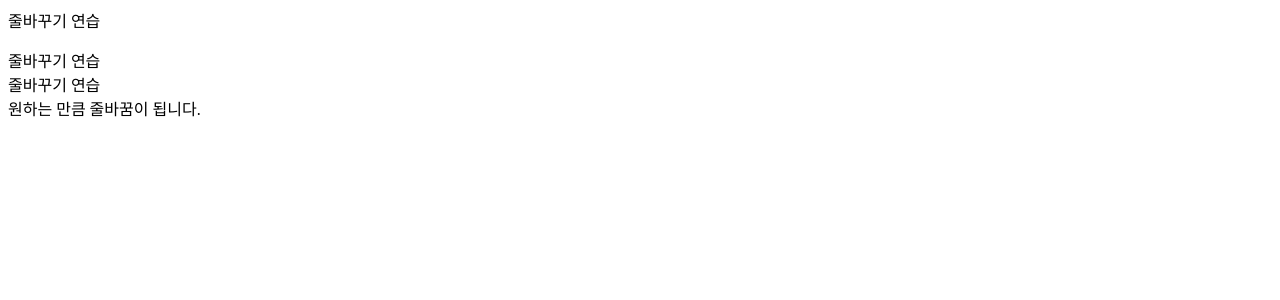
Repository: sungeunbyeol/Nowon-ezen-jsp
Page: test/WebContent/test02.html
These files come from the project's save history. The page is drawn as it stood at one moment and after the next save; the edit follows.
The browser window is 1280 px wide. The pictures show the whole page.

Above is the page before, as saved 2021-11-02 01:52:10.

### test/WebContent/test02.html
<!--  test02.html -->
<html>
<head>
	<title>줄바꾸기 연습</title>
</head>
<body>
	<p>줄바꾸기 연습</p>
	<div>줄바꾸기 연습</div>
	줄바꾸기 연습<br><!-- 줄 바꿀때 -->
	원하는 만큼 줄바꿈이 됩니다.
</body>
</html>

After the next save:
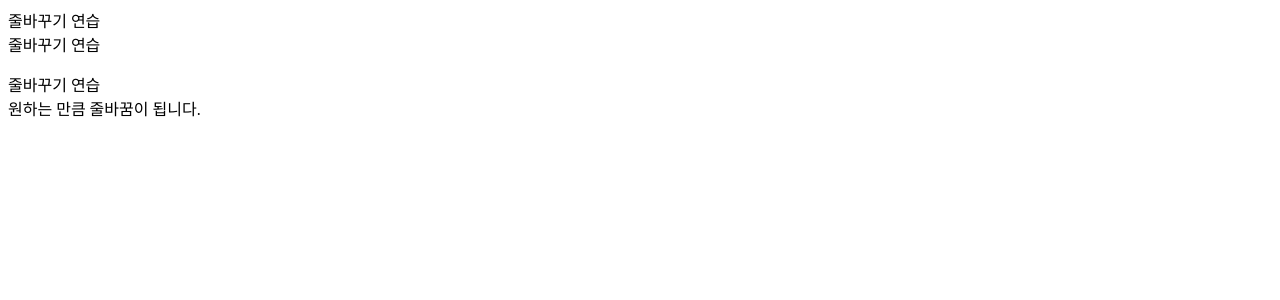
Saved 108 s later.
--- a/test/WebContent/test02.html
+++ b/test/WebContent/test02.html
@@ -4,9 +4,9 @@
 	<title>줄바꾸기 연습</title>
 </head>
 <body>
-	<p>줄바꾸기 연습</p>
+	줄바꾸기 연습<br><!-- 줄 바꿀때 -->
+	줄바꾸기 연습<p>
 	<div>줄바꾸기 연습</div>
-	줄바꾸기 연습<br><!-- 줄 바꿀때 -->
 	원하는 만큼 줄바꿈이 됩니다.
 </body>
 </html>
